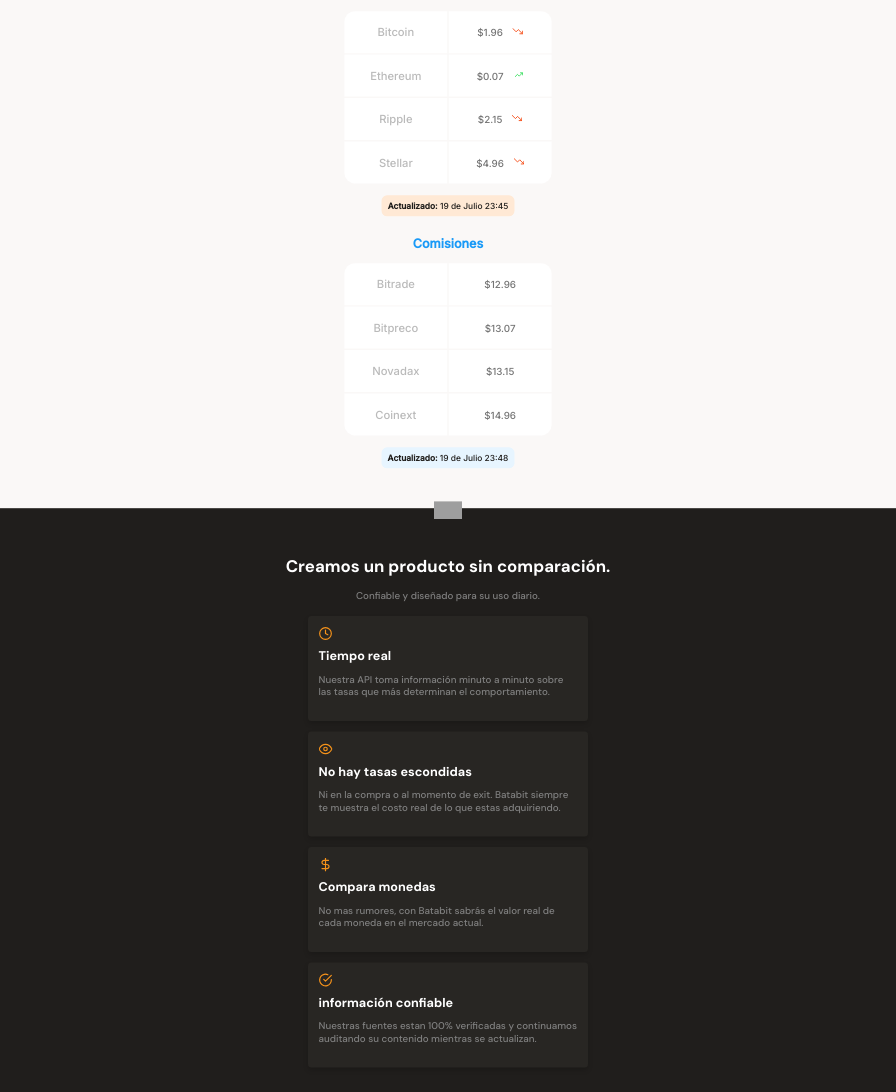
Repository: EnzoSz/Mobile-First
Page: index.html
These files come from the project's save history. The page is drawn as it stood at one moment and after the next save; the edit follows.
The browser window is 1280 px wide. The pictures show the part of the page from y = 790 to 2710 px (the page is 2350 px tall before and 2710 px after), at 70% of full size.
Pictures or frames that could not be fetched are drawn as grey boxes.

Above is the page before, as saved 2021-02-01 12:22:22.

### index.html
<!DOCTYPE html>
<html lang="en">
<head>
    <meta charset="UTF-8">
    <meta name="viewport" content="width=device-width, initial-scale=1.0">
    <title>Document</title>
    <link rel="preconnect" href="https://fonts.gstatic.com">
    <link href="https://fonts.googleapis.com/css2?family=DM+Sans:wght@400;500;700&family=Inter:wght@300;500&display=swap" rel="stylesheet">
    <link rel="stylesheet" href="./estilos.css">
</head>
<body>
    <header>
        <img src="./assets/img/logo.svg" alt="">
        <div class="header--title-container">
            <h1>La próxima revolución en el intercambio de criptomonedas.</h1>
            <p>Batabit te ayuda a navegar entre los diferentes precios y tendencias.</p>
            <a href="" class="header--button">Conoce Nuestros Planes <span></span></a>
        </div>
    </header>
    <main>
        <section class="main-exchange-container">
            <div class="backgroundImg"></div>
            <div class="main.exchange-container--title">
                <h2>Visibilizamos todas las tasas de cambio.</h2>
                <p>
                    Traemos informacion en  tiempo real de las casas de cambio y las monedas más importante del mundo.

                </p>
            </div>
            <section class="main-tables-container">
                <div class="main-currency-table">
                    <p class="currency-table--title">Monedas</p>
                    <div class="currency-table--container">
                        <table>
                            <tr>
                                <td class="table__top-left">Bitcoin</td>
                                <td class="table__top-right table__right">$1.96 <span class="down"></span></td>
                            </tr>
                            <tr>
                                <td>Ethereum</td>
                                <td class="table__right">$0.07 <span class="up"></span></td>
                            </tr>
                            <tr>
                                <td>Ripple</td>
                                <td class="table__right">$2.15 <span class="down"></span></td>
                            </tr>
                            <tr>
                                <td class="table__bottom-left">Stellar</td>
                                <td class="table__bottom-right table__right">$4.96 <span class="down"></span></td>
                            </tr>
                        </table>
                    </div>
                    <div class="currency-table-date">
                        <p>
                            <b>Actualizado:</b> 19 de Julio 23:45
                        </p>
                    </div>
                </div>
                <div class="main-commissions-table">
                    <p class="commissions-table--title">Comisiones</p>
                    <div class="commissions-table--container">
                        <table>
                            <tr>
                                <td class="table__top-left">Bitrade</td>
                                <td class="table__top-right table__right">$12.96</td>
                            </tr>
                            <tr>
                                <td>Bitpreco</td>
                                <td class="table__right">$13.07</td>
                            </tr>
                            <tr>
                                <td>Novadax</td>
                                <td class="table__right">$13.15</td>
                            </tr>
                            <tr>
                                <td class="table__bottom-left">Coinext</td>
                                <td class="table__bottom-right table__right">$14.96</td>
                            </tr>
                        </table>
                    </div>
                    <div class="commissions-table-date">
                        <p>
                            <b>Actualizado:</b> 19 de Julio 23:48
                        </p>
                    </div>
                </div>
            </section>
        </section>
        <section class="main-product-detail">
            <span class="product-detail--batata-logo"></span>
            <div class="product-detail--title">
                <h2>
                    Creamos un producto sin comparación.
                </h2>
                <p>
                    Confiable y diseñado para su uso diario.
                </p>
            </div>
            <section class="product-cards--container">
                <article class="product-detail--card">
                    <span class="icon-card clock"></span>
                    <p class="product--card-title">Tiempo real</p>
                    <p class="product--card-body">
                        Nuestra API toma información minuto a minuto sobre las tasas que más determinan el comportamiento.
                    </p>
                </article>
                <article class="product-detail--card">
                    <span class="icon-card eye "></span>
                    <p class="product--card-title">No hay tasas escondidas</p>
                    <p class="product--card-body">
                        Ni en la compra o al momento de exit. Batabit siempre te muestra el costo real de lo que estas adquiriendo.
                    </p>
                </article>
                <article class="product-detail--card">
                    <span class="icon-card dollar "></span>
                    <p class="product--card-title">Compara monedas</p>
                    <p class="product--card-body">
                        No mas rumores, con Batabit sabrás el valor real de cada moneda en el mercado actual.
                    </p>
                </article>
                <article class="product-detail--card">
                    <span class="icon-card check "></span>
                    <p class="product--card-title">información confiable</p>
                    <p class="product--card-body">
                        Nuestras fuentes estan 100% verificadas y continuamos auditando su contenido mientras se actualizan.
                    </p>
                </article>
            </section>

        </section>
        <section></section>
        <section></section>
    </main>
    <footer></footer>
</body>
</html>

### estilos.css
/*
1. Posicionamiento
2. Modelo de caja (Box model)
3. Tipografía
4. Visuales
5. Otros
*/
:root {
    /*Colores */
    --bitcoin-orange: #F7931A;
    --soft-orange: #FFE9D5;
    --secondary-blue: #1A9AF7;
    --soft-blue: #E7F5FF;
    --warm-black: #201E1C;
    --warm-black1: #282623;
    --grey: #BABABA;
    --off-white: #FAF8F7;
    --just-white: #FFFFFF;
}
* {
    box-sizing: border-box;
    margin: 0;
    padding: 0;
}
html {
    font-size: 62.5%;
    font-family: 'DM Sans', sans-serif;
}
header {
    position: relative;
    display: flex;
    flex-direction: column;
    justify-content: center;
    width: 100%;
    min-width: 32rem;
    height: 33.4rem;
    text-align: center;
    background: linear-gradient(207.8deg, #201E1C 16.69%, #F7931A 100%);;
}
header img {
    width: 15rem;
    height: 2.4rem;
    margin-top: 6.0rem;
    align-self:center;
}
.header--title-container {
    width: 90%;
    min-width: 28.8rem;
    max-width: 90rem;
    height: 21.8rem;
    margin-top: 4rem;
    text-align: center;
    align-self:center;

}
.header--title-container h1 {
    font-size: 2.4rem;
    font-weight: bold;
    line-height: 2.6rem;
    color: var(--just-white);
}
.header--title-container p {
    margin-top: 25px;
    font-size: 1.4rem;
    font-weight: 500;
    line-height: 1.8rem;
    color: var(--soft-orange);
}
.header--title-container .header--button {
    position: absolute;
    left: calc(50% - 118px);
    top: 270px;
    display: block;
    margin-top: 35px;
    padding: 15px;
    width: 229px;
    height: 48px;
    background-color: var(--off-white);
    /*Sombra*/
    box-shadow: 0px 4px 8px rgba(89, 73, 30, 0.16);
    border: none;
    border-radius: 5px;
    font-size: 1.4rem;
    font-weight: bold;
    text-decoration: none;
    color: var(--warm-black1);
}
.header--button span {
    display: inline-block;
    width: 13px;
    height: 8px;
    margin-left: 10px;
    background-image: url('./assets/icons/arrow-down.svg');
}
main {
    width: 100%;
    height: auto;
    background-color: var(--off-white);
}
.main-exchange-container {
    width: 100%;
    height: auto;
    padding-top: 80px;
    padding-bottom: 30px;
    text-align: center;
}
.main-exchange-container--title {
    width: 90%;
    min-width: 288px;
    max-width: 900px;
    margin: 0 auto;
}
.main-exchange-container .backgroundImg {
    width: 200px;
    height: 200px;
    margin: 0 auto;
    margin-bottom: 50px;
    background-image:url('./assets/img/bitcoin.svg');
    background-size: cover;
    background-position: center;
    background-repeat: no-repeat;
}
.main-exchange-container h2 {
    margin-bottom: 30px;
    font-size: 2.4rem;
    font-weight: bold;
    line-height: 2.6rem;
    color: var(--warm-black1);
}
.main-exchange-container p {
    margin-bottom: 30px;
    font-size: 1.4rem;
    font-weight: 500;
    line-height: 1.6rem;
    color: #757575;
}
.main-currency-table, .main-commissions-table {
    width: 70%;
    min-width: 235px;
    max-width: 500px;
    height: 360px;
    margin: 0 auto;
    font-family: "Inter", sans-serif;
}
.main-currency-table .currency-table--title {
    margin-bottom: 15px;
    font-size: 1.8rem;
    font-weight: bold;
    line-height: 2.3rem;
    color: var(--bitcoin-orange);
}
.currency-table--container, .commissions-table--container {
    width: 90%;
    min-width: 230px;
    max-width: 300px;
    height: 250px;
    margin: 0 auto;
}
.currency-table--container table, .commissions-table--container table {
    width: 100%;
    height: 100%;
}
.currency-table--container td, .commissions-table--container td {
    width: 50%;
    font-size: 1.6rem;
    font-weight: 500;
    line-height: 1.9rem;
    color: var(--grey);
    background-color: var(--just-white);
}
.currency-table--container .table__top-left, .commissions-table--container .table__top-left {
    border-radius: 15px 0 0 0;
}
.currency-table--container .table__top-right, .commissions-table--container .table__top-right {
    border-radius: 0 15px 0 0;
}
.currency-table--container .table__bottom-left, .commissions-table--container .table__bottom-left {
    border-radius: 0 0 0 15px;
}
.currency-table--container .table__bottom-right, .commissions-table--container .table__bottom-right {
    border-radius: 0 0 15px 0;
}
.currency-table--container .table__right, .commissions-table--container .table__right {
    font-size: 1.4rem;
    font-weight: normal;
    line-height: 1.7rem;
    color: #757575;
}
.currency-table--container .down {
    display: inline-block;
    width: 15px;
    height: 15px;
    margin-left: 10px;
    background-image: url('./assets/icons/trending-down.svg');
    background-size: cover;
    background-position: center;
    background-repeat: no-repeat;
}
.currency-table--container .up {
    display: inline-block;
    width: 15px;
    height: 15px;
    margin-left: 10px;
    background-image:url('./assets/icons/trending-up.svg');
    background-position: center;
    background-repeat:no-repeat;
}
.currency-table-date {
    width: 190px;
    height: 30px;
    margin: 0 auto;
    margin-top: 15px;
    padding: 8px;
    background-color: var(--soft-orange);
    border-radius: 8px;
}
.currency-table-date p {
    font-size: 1.2rem;
    line-height: 1.5rem;
    color: var(--warm-black);
}
.main-commissions-table .commissions-table--title {
    margin-bottom: 15px;
    font-size: 1.8rem;
    font-weight: bold;
    line-height: 2.3rem;
    color: var(--secondary-blue);
}
.commissions-table-date {
    width: 190px;
    height: 30px;
    margin: 0 auto;
    margin-top: 15px;
    padding: 8px;
    background-color: var(--soft-blue);
    border-radius: 8px;
}
.commissions-table-date p {
    font-size: 1.2rem;
    line-height: 1.5rem;
    color: var(--warm-black);
}
.main-product-detail {
    position: relative;
    width: 100%;
    min-width: 320px;
    height: auto;
    padding: 20px 10px;
    background-color: var(--warm-black);
}
.product-detail--batata-logo {
    position: absolute;
    width: 40px;
    height: 25px;
    top: -10px;
    left: calc(50% - 20px);
    background-image: url('./assets/icons/batata.svg');
}
.product-detail--title {
    width: 90%;
    min-width: 288px;
    height: auto;
    margin: 0 auto;
    margin-top: 50px;
    text-align: center;
}
.product-detail--title h2 {
    margin-bottom: 20px;
    font-size: 2.4rem;
    font-weight: bold;
    line-height: 2.6rem;
    color: var(--just-white);
}
.product-detail--title p {
    margin-bottom: 20px;
    font-size: 1.4rem;
    font-weight: 500;
    line-height: 1.8rem;
    color: #808080;
}
.product-detail--card {
    width: 90%;
    min-width: 288px;
    max-width: 400px;
    min-height: 150px;
    margin: 15px auto;
    padding: 15px;
    background-color:var(--warm-black1);
    border-radius: 5px;
    box-shadow: 0 4px 8px rgba(0, 0, 0, 0.16);
}
.product-detail--card .icon-card {
    display: inline-block;
    width: 20px;
    height: 20px;
    margin-bottom: 10px;
    background-size: cover;
    background-position: center;
    background-repeat: no-repeat;
}
.clock {
    background-image: url('./assets/icons/clock.svg');
}
.product--card-title {
    margin-bottom: 15px;
    font-size: 1.8rem;
    font-weight: bold;
    line-height: 1.8rem;
    color: var(--just-white);
}
.product--card-body {
    font-size: 1.4rem;
    font-weight: 500;
    line-height: 1.8rem;
    color: #808080;
}
.eye {
    background-image: url('./assets/icons/eye.svg');
}
.dollar {
    background-image: url('./assets/icons/dollar-sign.svg');
}
.check {
    background-image: url('./assets/icons/check-circle.svg');
}
.bitcoin-img-container {
    width: 100%;
    min-width: 320px;
    height: 50vh;
    background-image: url('./assets/img/bitcoinbaby.png');
    background-position: center;
    background-size: cover;
    background-repeat: no-repeat;
}

After the next save:
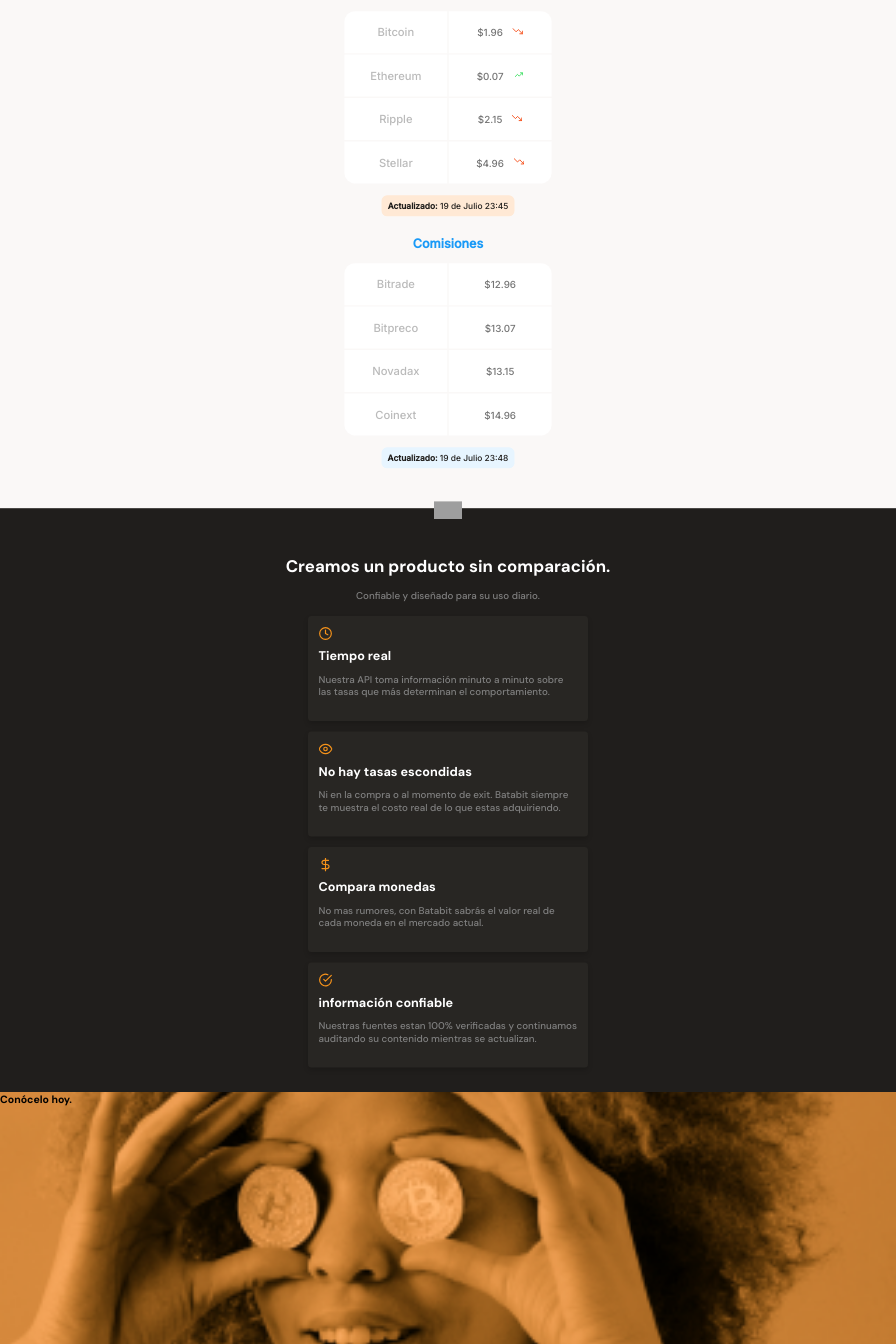
Saved 3 s later.
--- a/index.html
+++ b/index.html
@@ -128,7 +128,9 @@
             </section>
 
         </section>
-        <section></section>
+        <section class="bitcoin-img-container">
+            <h2>Conócelo hoy.</h2>
+        </section>
         <section></section>
     </main>
     <footer></footer>
